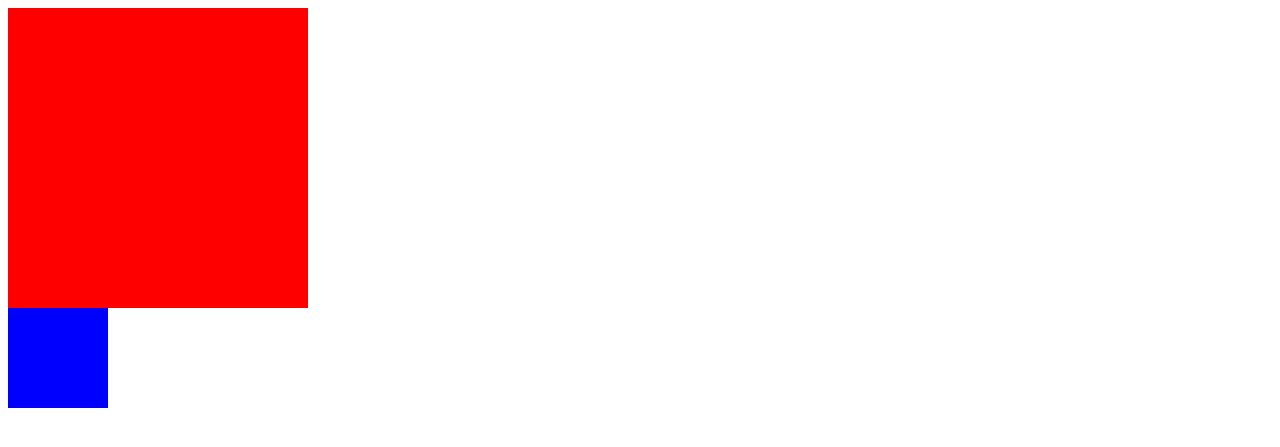
Repository: yesohnuki/shinya-ohnuki
Page: box/box.html
The author's editor kept a record of every edit. The page is drawn from the files as they stood at one moment, then again after the next edit.
The browser window is 1280 px wide. The pictures show the whole page.

Above is the page before.

### box/box.html
<!DOCTYPE html>
<html lang="ja">
  <head>
    <meta charset="UTF-8" />
    <!-- CSSファイルの読み込み -->
    <link rel="stylesheet" href="box.css" />
    <title>BOX</title>
  </head>

  <body>
    <!-- box1用のdiv -->
    <div class="box1"></div>
     <div class="box2"></div>
    <div>
  </body>
</html>

### box/box.css
.box1 {
  width: 300px;
  height: 300px;
}
.box1 {
  width: 300px;
  height: 300px;
  background-color: red;
}

.box2 {
  width: 100px;
  height: 100px;
  background-color: blue;
}

After the next edit:
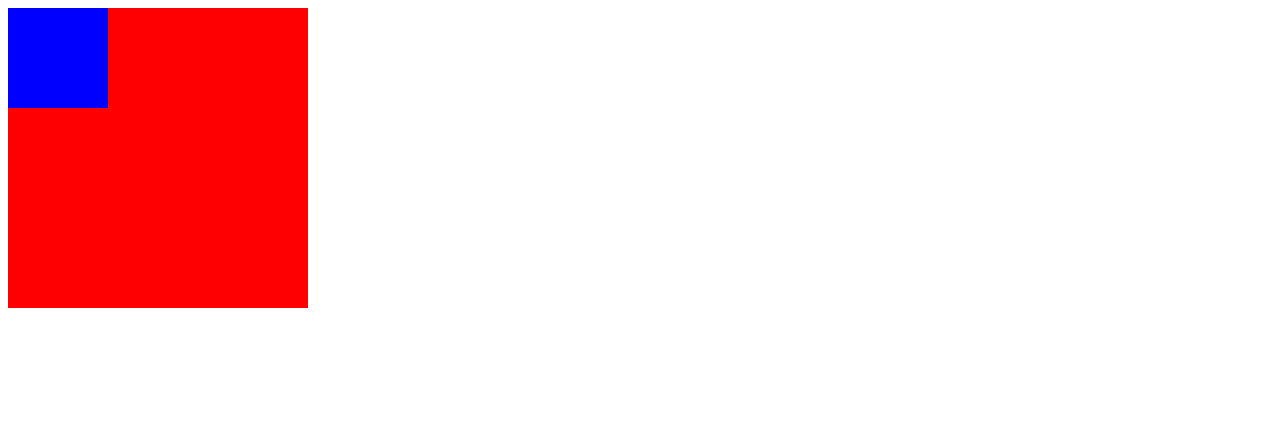
The edit:
--- a/box/box.html
+++ b/box/box.html
@@ -9,7 +9,7 @@
 
   <body>
     <!-- box1用のdiv -->
-    <div class="box1"></div>
+    <div class="box1">
      <div class="box2"></div>
     <div>
   </body>
